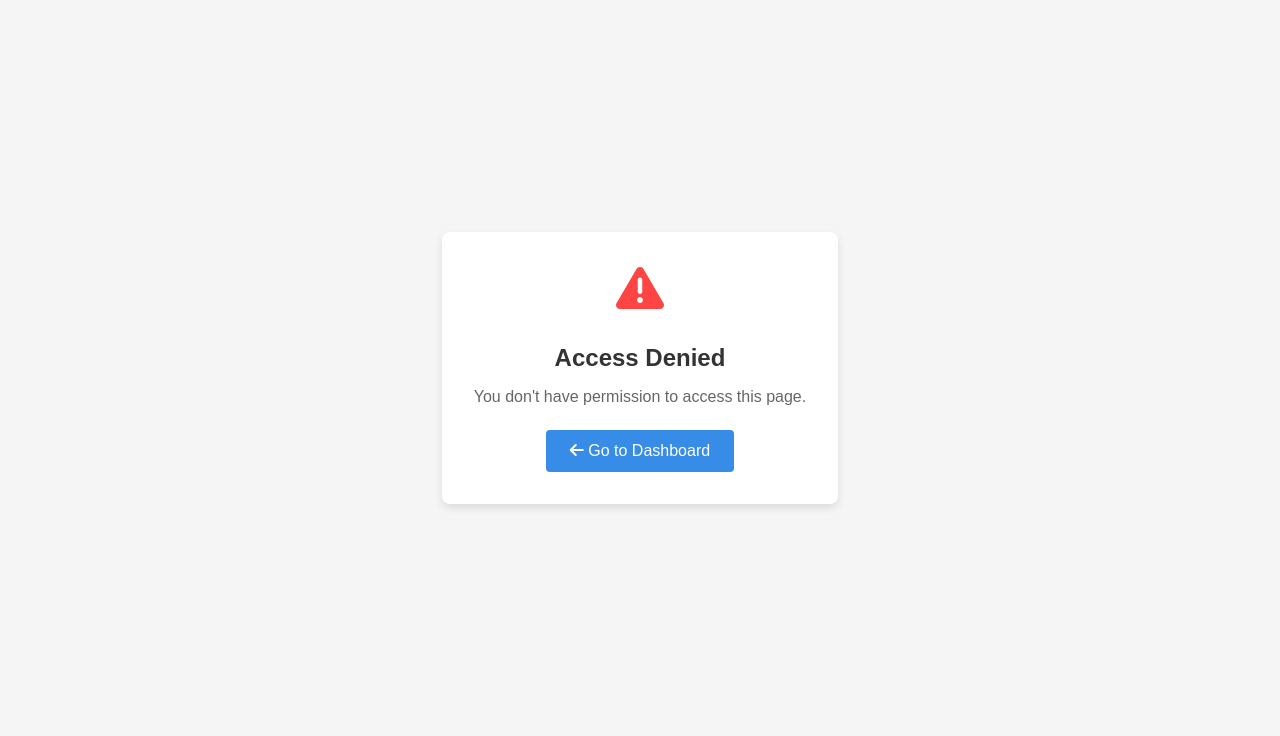
Repository: rizzerk/vela
Page: http://localhost/vela/authentication-error.php
These files come from the project's save history. The page is drawn as it stood at one moment and after the next save; the edit follows.
The browser window is 1280 px wide. The pictures show the whole page.
The page is run by PHP 8.4 with error messages shown; the project is at /var/www/html/.

Above is the page before, as saved 2025-07-17 13:33:33.

### authentication-error.php
<?php
session_start();
?>

<!DOCTYPE html>
<html lang="en">
<head>
    <meta charset="UTF-8">
    <meta name="viewport" content="width=device-width, initial-scale=1.0">
    <title>Access Denied - VELA</title>
    <link rel="stylesheet" href="https://cdnjs.cloudflare.com/ajax/libs/font-awesome/6.0.0/css/all.min.css">
    <style>
        body {
            font-family: Arial, sans-serif;
            background: #f5f5f5;
            min-height: 100vh;
            display: flex;
            align-items: center;
            justify-content: center;
        }

        .error-container {
            background: white;
            border-radius: 8px;
            padding: 2rem;
            box-shadow: 0 4px 8px rgba(0,0,0,0.1);
            text-align: center;
            max-width: 400px;
        }

        .error-icon {
            font-size: 3rem;
            color: #ff4444;
            margin-bottom: 1rem;
        }

        .error-title {
            font-size: 1.5rem;
            color: #333;
            margin-bottom: 1rem;
        }

        .error-message {
            color: #666;
            margin-bottom: 1.5rem;
        }

        .btn {
            background: #368ce7;
            color: white;
            padding: 0.75rem 1.5rem;
            border: none;
            border-radius: 4px;
            text-decoration: none;
            display: inline-block;
        }

        .btn:hover {
            background: #1666ba;
        }
    </style>
</head>
<body>
    <div class="error-container">
        <i class="fas fa-exclamation-triangle error-icon"></i>
        <h1 class="error-title">Access Denied</h1>
        <p class="error-message">
            You don't have permission to access this page.
        </p>

        <div class="action-buttons">
            <?php
            $dashboard_url = 'index.php';
            if (isset($_SESSION['role'])) {
                switch ($_SESSION['role']) {
                    case 'tenant':
                        $dashboard_url = 'TENANT/dashboard.php';
                        break;
                    case 'landlord':
                        $dashboard_url = 'LANDLORD/dashboard.php';
                        break;
                }
            }
            ?>
            <a href="<?php echo $dashboard_url; ?>" class="btn">
                <i class="fas fa-arrow-left"></i> Go to Dashboard
            </a>
        </div>
    </div>
</body>
</html>

After the next save:
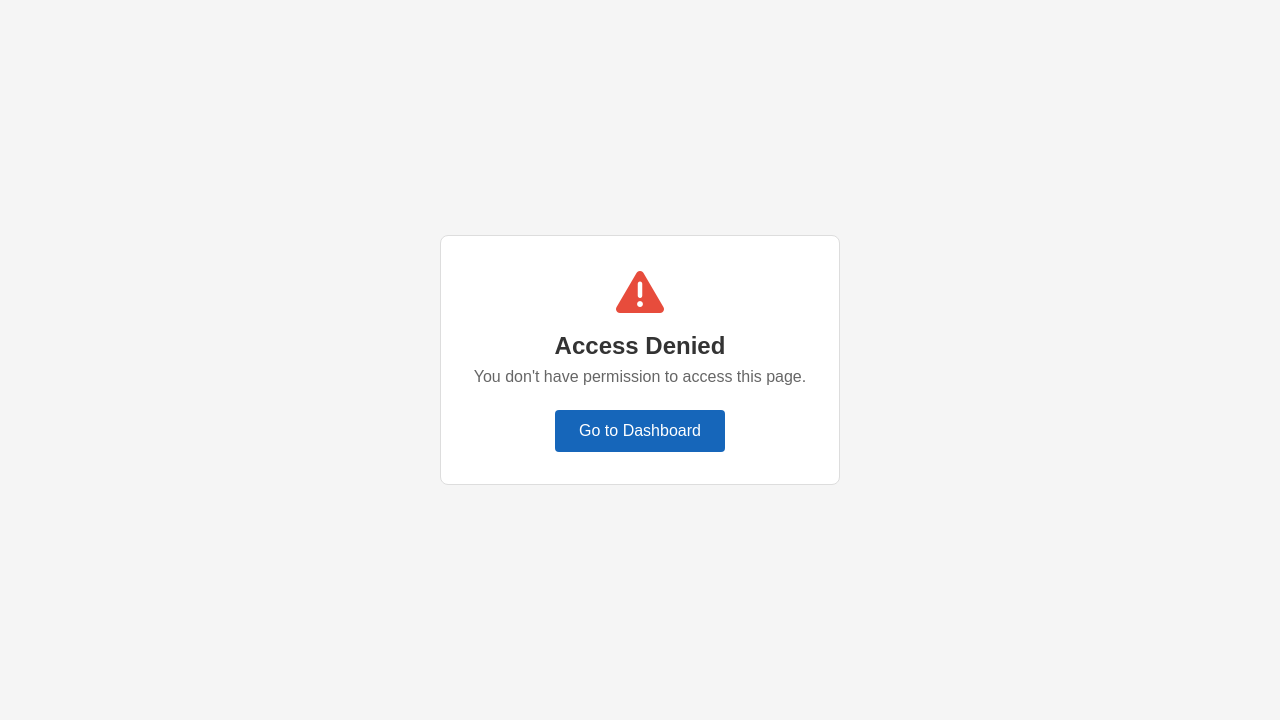
Saved 35 min 27 s later.
--- a/authentication-error.php
+++ b/authentication-error.php
@@ -10,6 +10,12 @@
     <title>Access Denied - VELA</title>
     <link rel="stylesheet" href="https://cdnjs.cloudflare.com/ajax/libs/font-awesome/6.0.0/css/all.min.css">
     <style>
+        * {
+            margin: 0;
+            padding: 0;
+            box-sizing: border-box;
+        }
+
         body {
             font-family: Arial, sans-serif;
             background: #f5f5f5;
@@ -17,46 +23,55 @@
             display: flex;
             align-items: center;
             justify-content: center;
+            color: #333;
         }
 
         .error-container {
             background: white;
             border-radius: 8px;
             padding: 2rem;
-            box-shadow: 0 4px 8px rgba(0,0,0,0.1);
+            border: 1px solid #ddd;
             text-align: center;
             max-width: 400px;
+            width: 90%;
         }
 
         .error-icon {
             font-size: 3rem;
-            color: #ff4444;
+            color: #e74c3c;
             margin-bottom: 1rem;
         }
 
         .error-title {
             font-size: 1.5rem;
+            font-weight: bold;
+            margin-bottom: 0.5rem;
             color: #333;
-            margin-bottom: 1rem;
         }
 
         .error-message {
+            font-size: 1rem;
             color: #666;
             margin-bottom: 1.5rem;
         }
 
         .btn {
-            background: #368ce7;
-            color: white;
             padding: 0.75rem 1.5rem;
             border: none;
             border-radius: 4px;
+            font-size: 1rem;
+            cursor: pointer;
             text-decoration: none;
             display: inline-block;
         }
 
-        .btn:hover {
+        .btn-primary {
             background: #1666ba;
+            color: white;
+        }
+
+        .btn-primary:hover {
+            background: #0f4d87;
         }
     </style>
 </head>
@@ -67,25 +82,7 @@
         <p class="error-message">
             You don't have permission to access this page.
         </p>
-
-        <div class="action-buttons">
-            <?php
-            $dashboard_url = 'index.php';
-            if (isset($_SESSION['role'])) {
-                switch ($_SESSION['role']) {
-                    case 'tenant':
-                        $dashboard_url = 'TENANT/dashboard.php';
-                        break;
-                    case 'landlord':
-                        $dashboard_url = 'LANDLORD/dashboard.php';
-                        break;
-                }
-            }
-            ?>
-            <a href="<?php echo $dashboard_url; ?>" class="btn">
-                <i class="fas fa-arrow-left"></i> Go to Dashboard
-            </a>
-        </div>
+        <a href="dashboard.php" class="btn btn-primary">Go to Dashboard</a>
     </div>
 </body>
 </html>
